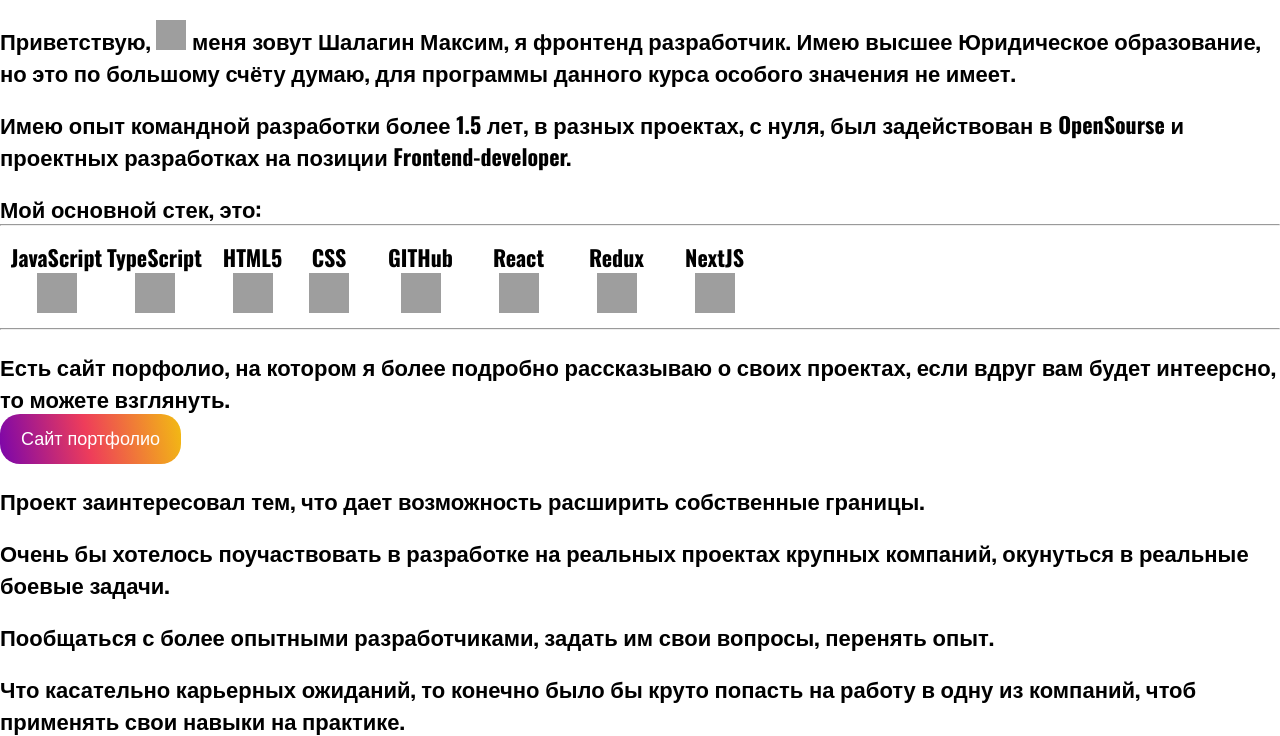
Repository: ni4egonepridumal/letter
Page: index.html
These files come from the project's save history. The page is drawn as it stood at one moment and after the next save; the edit follows.
The browser window is 1280 px wide. The pictures show the whole page.
Pictures or frames that could not be fetched are drawn as grey boxes.

Above is the page before, as saved 2024-01-18 17:55:57.

After the next save:
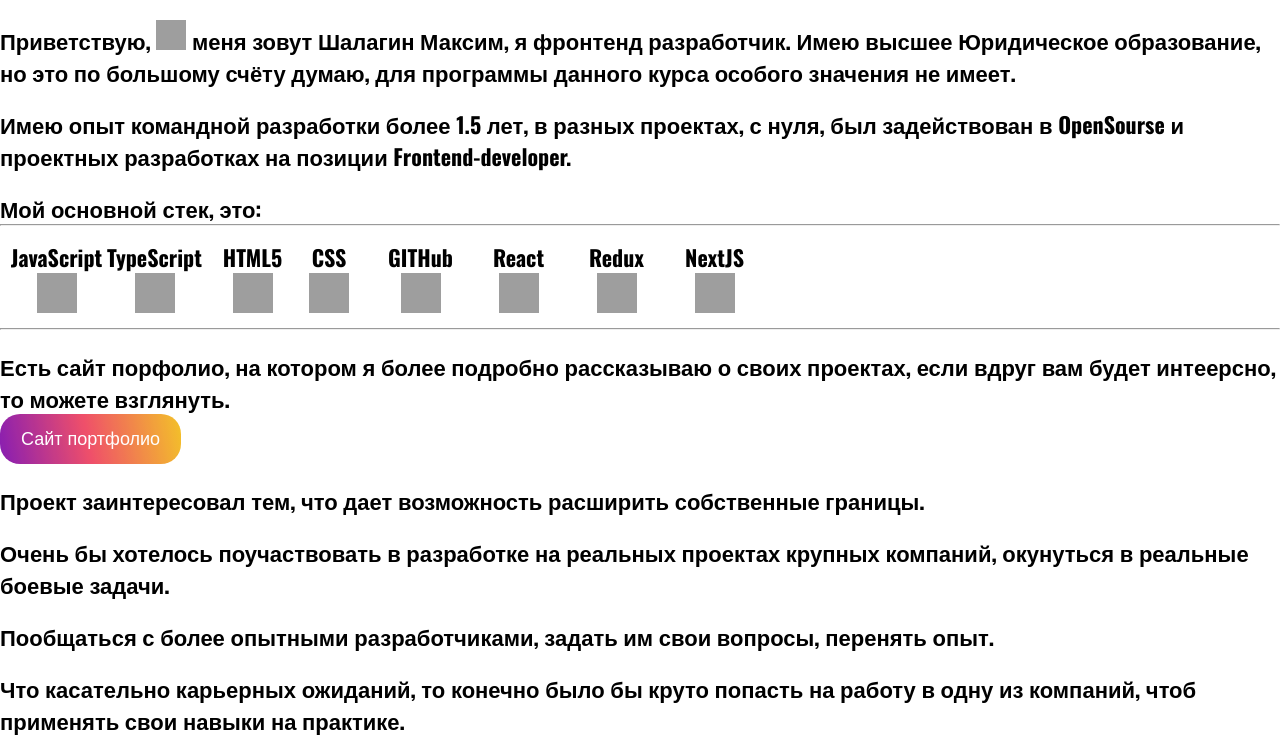
Saved 21 s later.
--- a/style.css
+++ b/style.css
@@ -48,6 +48,7 @@
   );
   cursor: pointer;
   font-size: 18px;
+  opacity: 0.9;
 }
 .inner_href:hover {
   background: linear-gradient(
@@ -57,7 +58,6 @@
     #f2bc12 91.19%
   );
 
-  opacity: 0.9;
   transition: opacity 0.6s linear;
 }
 .href {

After the save that followed:
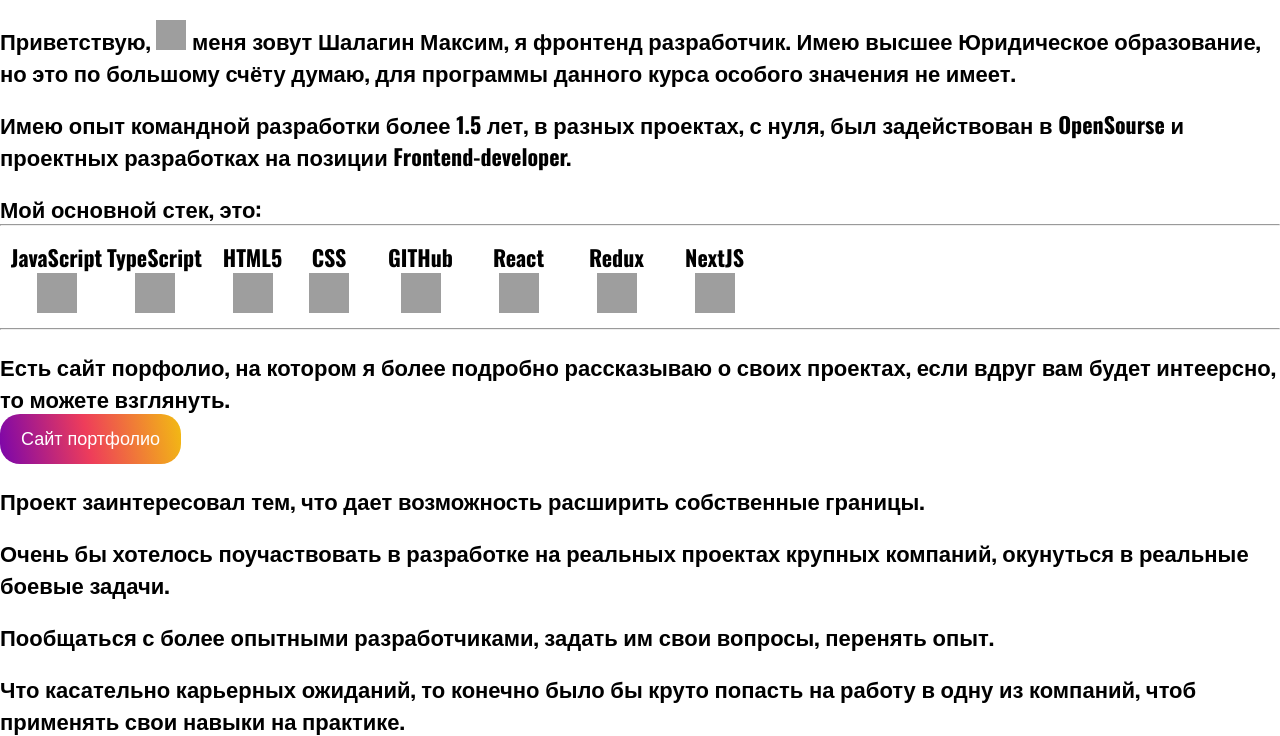
Saved 26 s later.
--- a/style.css
+++ b/style.css
@@ -48,7 +48,6 @@
   );
   cursor: pointer;
   font-size: 18px;
-  opacity: 0.9;
 }
 .inner_href:hover {
   background: linear-gradient(
@@ -58,6 +57,7 @@
     #f2bc12 91.19%
   );
 
+  opacity: 0;
   transition: opacity 0.6s linear;
 }
 .href {
